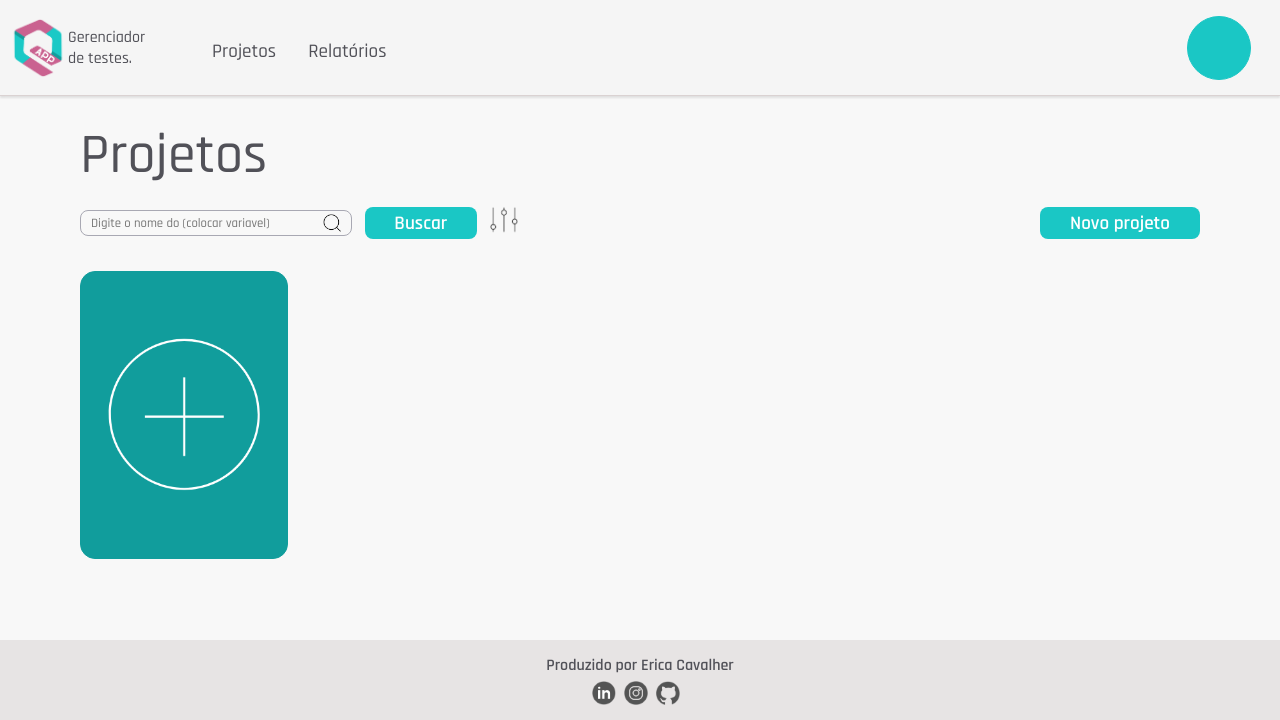
Repository: kika-cavalher/qapp-web
Page: /
An editor plug-in stored every save of this project. The page is shown before and after the next save, followed by the edit.
The browser window is 1280 px wide. The pictures show the whole page.
The page's requests for data from a server got no answer. The project was rebuilt for these pictures with package versions that can differ from the ones it lists, and the page was loaded fresh each time. No one was signed in, and anything a server would have sent is missing. Also part of the build but not shown: src/components/Global/modal/style.scss, src/components/Global/modal/index.tsx, src/hooks/useAuth.ts, src/styles/pages/signIn.scss, src/components/Pages/auth/SignIn.tsx, src/styles/pages/signUp.scss, src/components/Pages/auth/SignUp.tsx. Imported but missing from the stored project, and not drawn on this page: src/components/PageDefault/head/logo/logo.

Above is the page before, as saved 2022-03-24 18:26:37.

After the next save:
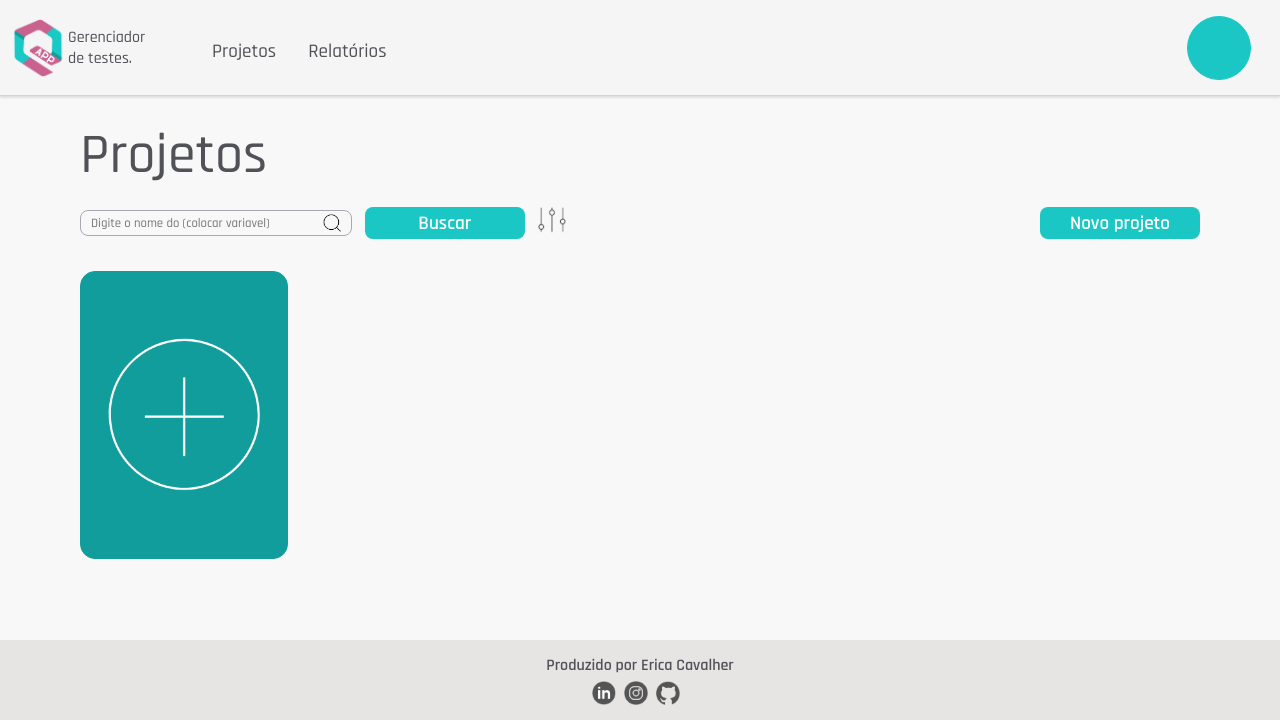
Saved 27 s later.
--- a/src/components/Global/button/style.scss
+++ b/src/components/Global/button/style.scss
@@ -124,7 +124,7 @@
         height: 2rem;
         justify-content: center;
         margin: 1rem 0;
-        width: 7rem;
+        width: 10rem;
 
         @include monitor {
             font-size: 1.2rem;
